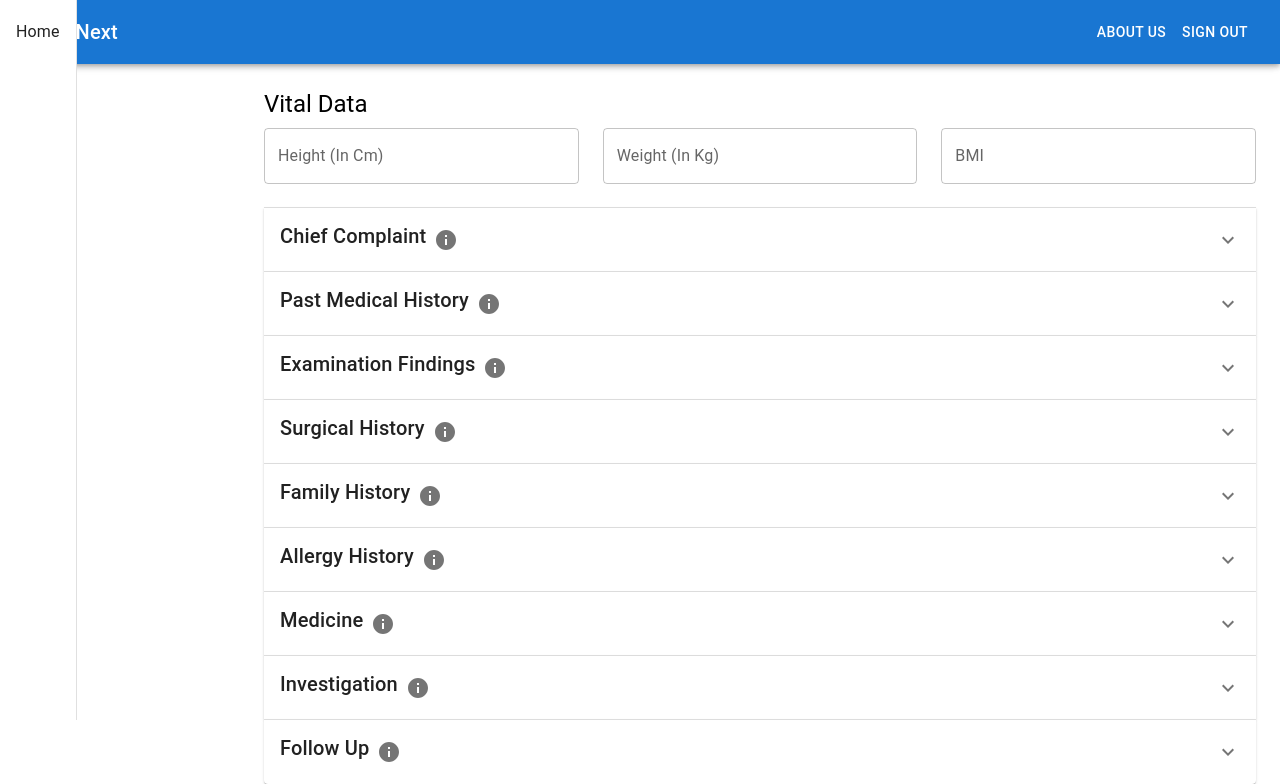
Repository: sshaiv/demo_project
Page: /
The author's editor kept a copy of each file at every save. The page is drawn from the files as they stood at one save, then again after the next save.
The browser window is 1280 px wide. The pictures show the whole page.
The project was rebuilt for these pictures with package versions that can differ from the ones it lists, and the page was loaded fresh each time.

Above is the page before, as saved 2024-08-12 20:01:24.

### src/App.js
import React from 'react';
import { Container, Box } from '@mui/material';
import Header from './components/Header';
import Sidebar from './components/Sidebar';
import VitalData from './components/VitalData';
import AccordionSection from './components/AccordionSection';
import MedicineSection from './components/MedicineSection';
import FollowUpSection from './components/FollowUpSection';

const App = () => {
  return (
    <div style={{ display: 'flex' }}>
      <Header />
      <Sidebar />
      <Container style={{ marginTop: '64px', marginLeft: '240px' }}>
        <Box mt={3}>
          <VitalData />
          <AccordionSection title="Chief Complaint" />
          <AccordionSection title="Past Medical History" />
          <AccordionSection title="Examination Findings" />
          <AccordionSection title="Surgical History" />
          <AccordionSection title="Family History" />
          <AccordionSection title="Allergy History" />
          <MedicineSection />
          <AccordionSection title="Investigation" />
          <FollowUpSection />
        </Box>
      </Container>
    </div>
  );
};

export default App;

### src/components/Header.js
import React from 'react';
import { AppBar, Toolbar, Typography, Button } from '@mui/material';

const Header = () => (
  <AppBar position="fixed">
    <Toolbar>
      <Typography variant="h6" style={{ flexGrow: 1 }}>
        MedoNext
      </Typography>
      <Button color="inherit">About Us</Button>
      <Button color="inherit">Sign Out</Button>
    </Toolbar>
  </AppBar>
);

export default Header;

### src/components/Sidebar.js
import React from 'react';
import { Drawer, List, ListItem, ListItemText } from '@mui/material';

const Sidebar = () => {
  return (
    <Drawer variant="permanent">
      <List>
        <ListItem button>
          <ListItemText primary="Home" />
        </ListItem>
        {/* Add other menu items here */}
      </List>
    </Drawer>
  );
}

export default Sidebar;

### src/components/VitalData.js
import React from 'react';
import { TextField, Grid, Box, Typography } from '@mui/material';

const VitalData = () => {
  return (
    <Box mb={3}>
      <Typography variant="h5" gutterBottom>
        Vital Data
      </Typography>
      <Grid container spacing={3}>
        <Grid item xs={12} sm={6} md={4}>
          <TextField label="Height (In Cm)" fullWidth />
        </Grid>
        <Grid item xs={12} sm={6} md={4}>
          <TextField label="Weight (In Kg)" fullWidth />
        </Grid>
        <Grid item xs={12} sm={6} md={4}>
          <TextField label="BMI" fullWidth />
        </Grid>
        {/* Add more fields as necessary */}
      </Grid>
    </Box>
  );
};

export default VitalData;

### src/components/AccordionSection.js
import React from 'react';
import { Accordion, AccordionSummary, AccordionDetails, TextField, Typography } from '@mui/material';
import ExpandMoreIcon from '@mui/icons-material/ExpandMore';
import InfoIcon from '@mui/icons-material/Info';
import IconButton from '@mui/material/IconButton';

const AccordionSection = ({ title }) => {
  return (
    <Accordion>
      <AccordionSummary expandIcon={<ExpandMoreIcon />}>
        <Typography variant="h6">{title}</Typography>
        <IconButton>
          <InfoIcon />
        </IconButton>
      </AccordionSummary>
      <AccordionDetails>
        <TextField label={`Search ${title}`} fullWidth margin="normal" />
      </AccordionDetails>
    </Accordion>
  );
};

export default AccordionSection;

### src/components/MedicineSection.js
import React from 'react';
import { Accordion, AccordionSummary, AccordionDetails, TextField, Typography, Box, Grid, Button } from '@mui/material';
import ExpandMoreIcon from '@mui/icons-material/ExpandMore';
import InfoIcon from '@mui/icons-material/Info';
import IconButton from '@mui/material/IconButton';

const MedicineSection = () => {
  return (
    <Accordion>
      <AccordionSummary expandIcon={<ExpandMoreIcon />}>
        <Typography variant="h6">Medicine</Typography>
        <IconButton>
          <InfoIcon />
        </IconButton>
      </AccordionSummary>
      <AccordionDetails>
        <Box>
          <TextField label="Search Medicine" fullWidth margin="normal" />
          <TextField label="Search Generic Medicine" fullWidth margin="normal" />
          <Grid container spacing={3}>
            <Grid item xs={12} sm={6} md={4}>
              <TextField label="Unit" fullWidth />
            </Grid>
            <Grid item xs={12} sm={6} md={4}>
              <TextField label="Frequency" fullWidth />
            </Grid>
            <Grid item xs={12} sm={6} md={4}>
              <TextField label="Duration" fullWidth />
            </Grid>
            <Grid item xs={12} sm={6} md={4}>
              <TextField label="Start From" fullWidth />
            </Grid>
            <Grid item xs={12} sm={6} md={4}>
              <TextField label="Instruction" fullWidth />
            </Grid>
          </Grid>
          <Button variant="contained" color="primary" style={{ marginTop: '16px' }}>
            Create New Template
          </Button>
        </Box>
      </AccordionDetails>
    </Accordion>
  );
};

export default MedicineSection;

### src/components/FollowUpSection.js
import React from 'react';
import { Accordion, AccordionSummary, AccordionDetails, TextField, Typography, Grid, Button } from '@mui/material';
import ExpandMoreIcon from '@mui/icons-material/ExpandMore';
import InfoIcon from '@mui/icons-material/Info';
import IconButton from '@mui/material/IconButton';

const FollowUpSection = () => {
  return (
    <Accordion>
      <AccordionSummary expandIcon={<ExpandMoreIcon />}>
        <Typography variant="h6">Follow Up</Typography>
        <IconButton>
          <InfoIcon />
        </IconButton>
      </AccordionSummary>
      <AccordionDetails>
        <Grid container spacing={3}>
          <Grid item xs={12} sm={6}>
            <TextField label="Date Time" fullWidth />
          </Grid>
          <Grid item xs={12} sm={6}>
            <TextField label="Remark" fullWidth />
          </Grid>
          <Grid item xs={12} sm={6}>
            <TextField label="Refer Doctor" fullWidth />
          </Grid>
          <Grid item xs={12} sm={6}>
            <TextField label="Remark" fullWidth />
          </Grid>
        </Grid>
        <Button variant="contained" color="primary" style={{ marginTop: '16px' }}>
          Follow Up Save
        </Button>
      </AccordionDetails>
    </Accordion>
  );
};

export default FollowUpSection;

Loaded but not shown: public/index.html (common file); src/index.js (common file); src/index.css (common file)

After the next save:
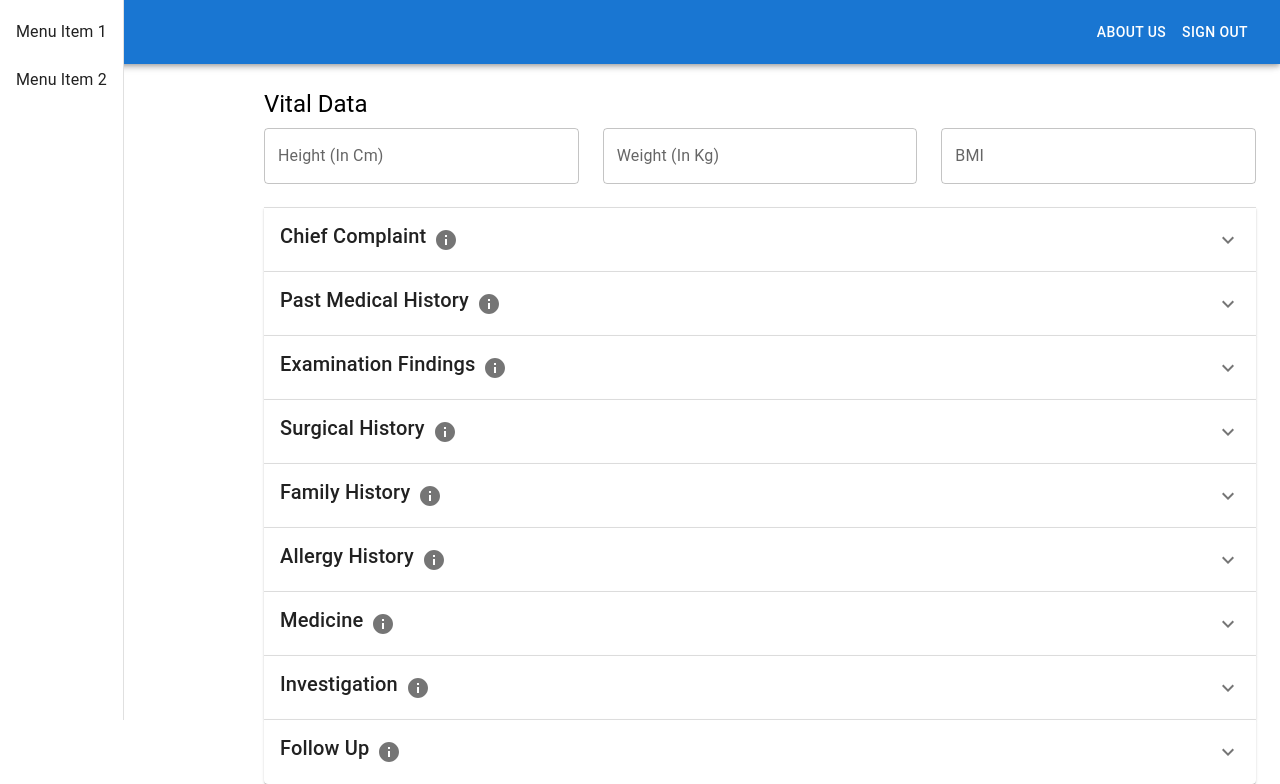
Saved 7 s later.
--- a/src/components/Sidebar.js
+++ b/src/components/Sidebar.js
@@ -6,12 +6,15 @@ const Sidebar = () => {
     <Drawer variant="permanent">
       <List>
         <ListItem button>
-          <ListItemText primary="Home" />
+          <ListItemText primary="Menu Item 1" />
         </ListItem>
-        {/* Add other menu items here */}
+        <ListItem button>
+          <ListItemText primary="Menu Item 2" />
+        </ListItem>
+        {/* Add more menu items here */}
       </List>
     </Drawer>
   );
-}
+};
 
 export default Sidebar;
